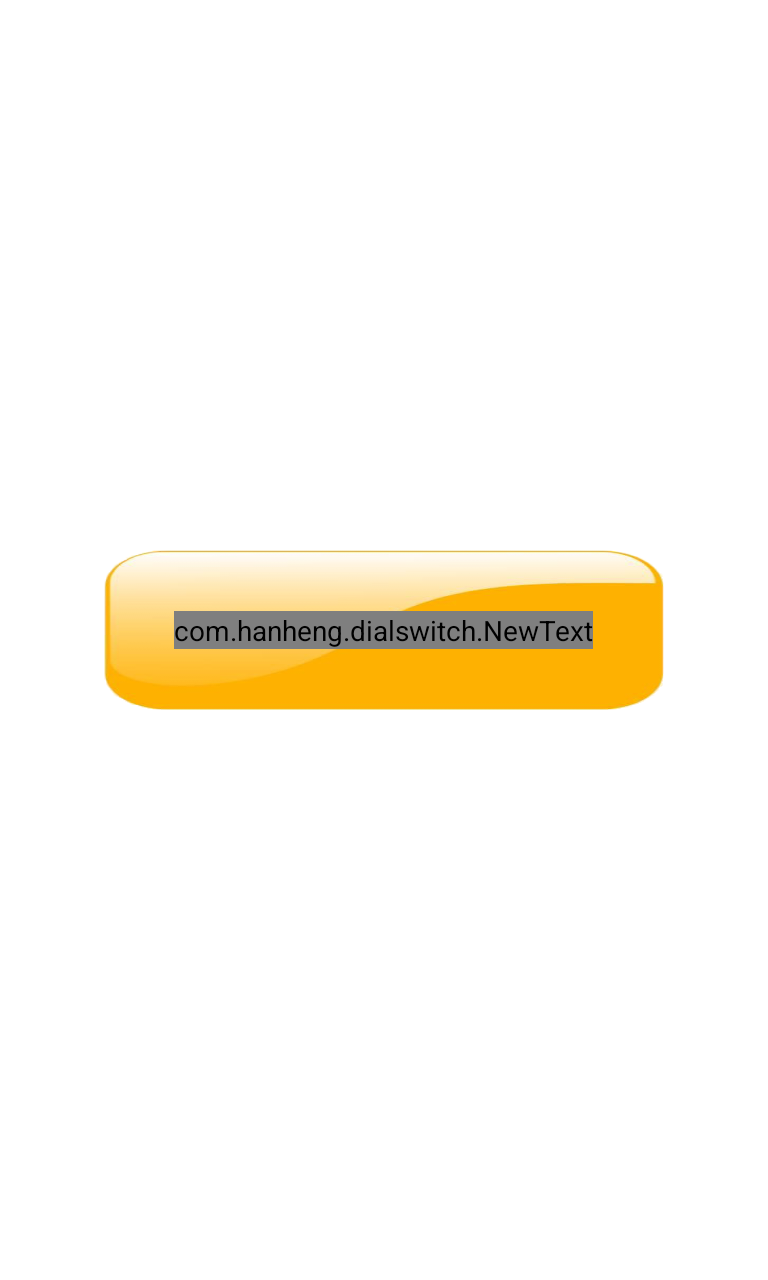
Repository: CovaWang/temporary_embedded
Layout: 7#车联·共享单车/代码/代码/res/layout/display.xml
The author's editor kept a copy of each file at every save. The layout is drawn from the files as they stood at one save, then again after the next save.
Pictures or frames that could not be fetched are drawn as grey boxes. It is drawn on a 768 x 1280 px phone screen (xhdpi) without system bars, with theme AppTheme; the app's code is not run.

Above is the layout before, as saved 2024-05-15 11:54:51.

### 7#车联·共享单车/代码/代码/res/layout/display.xml
<?xml version="1.0" encoding="utf-8"?>
<LinearLayout xmlns:android="http://schemas.android.com/apk/res/android"
    android:layout_width="match_parent"
    android:layout_height="match_parent"
    android:gravity="center"
    android:orientation="vertical">

  <RelativeLayout
        android:layout_width="280dp"
        android:layout_height="80dp"
        android:layout_marginBottom="10dp"
        android:background="@drawable/btn">

        <com.hanheng.dialswitch.NewText
            android:layout_width="wrap_content"
            android:layout_height="wrap_content"
            android:layout_centerInParent="true"
            android:gravity="center"
            android:text="8888"
            android:textColor="#66C0C0C0"
            android:textSize="60dp"
            android:textStyle="bold" />

        <com.hanheng.dialswitch.NewText
            android:id="@+id/counterText"
            android:layout_width="wrap_content"
            android:layout_height="wrap_content"
            android:layout_centerInParent="true"
            android:layout_marginTop="5dp"
            android:gravity="center"
            android:text="0000"
            android:textSize="60dp"
            android:textStyle="bold" />

        <Button
        android:id="@+id/temp_btn_plus"
        android:layout_width="70dp"
        android:layout_height="30dp"
        android:layout_marginTop="0dp"
        android:layout_marginLeft="290dp"
        android:background="#FFC0CB"
        android:text="+"
        android:textColor="#FFC" />

        <Button
        android:id="@+id/temp_btn_sub"
        android:layout_width="70dp"
        android:layout_height="30dp"
        android:layout_marginTop="30dp"
        android:layout_marginLeft="290dp"
        android:background="#FFC0CB"
        android:text="-"
        android:textColor="#FFC" />
    </RelativeLayout>

</LinearLayout>

### 7#车联·共享单车/代码/代码/res/values/styles.xml
<resources>

    <!--
        Base application theme, dependent on API level. This theme is replaced
        by AppBaseTheme from res/values-vXX/styles.xml on newer devices.

    -->
    <style name="AppBaseTheme" parent="android:Theme.Light">
        <!--
            Theme customizations available in newer API levels can go in
            res/values-vXX/styles.xml, while customizations related to
            backward-compatibility can go here.

        -->
    </style>

    <!-- Application theme. -->
    <style name="AppTheme" parent="AppBaseTheme">
        <!-- All customizations that are NOT specific to a particular API-level can go here. -->
    </style>
    <!-- 高宽都包裹内容 -->
    <style name="wrapcontent">
        <item name="android:layout_width">wrap_content</item>
        <item name="android:layout_height">wrap_content</item>
    </style>

    <!-- 自定义对话框样式 -->
    <style name="dialog_custom" parent="android:style/Theme.Dialog">
        <item name="android:windowFrame">@null</item>
        <item name="android:windowNoTitle">true</item>
        <item name="android:background">#00000000</item>
        <item name="android:windowBackground">@android:color/transparent</item>
    </style>
    <!-- TextView 16sp样式 -->
    <style name="textview16sp" parent="wrapcontent">
        <item name="android:textSize">16sp</item>
        <item name="android:gravity">center_vertical</item>
    </style>

    <!-- TextView 14sp样式 -->
    <style name="textview12sp" parent="wrapcontent">
        <item name="android:textSize">12sp</item>
        <item name="android:gravity">center_vertical</item>
    </style>
    <!-- TextView 14sp样式 -->
    <style name="textview14sp" parent="wrapcontent">
        <item name="android:textSize">14sp</item>
        <item name="android:gravity">center_vertical</item>
    </style>

    <!-- 宽度为0dp,高度为包裹内容，权重为1 -->
    <style name="zero_widthwrapcontent">
        <item name="android:layout_width">0dp</item>
        <item name="android:layout_height">wrap_content</item>
        <item name="android:layout_weight">1</item>
    </style>

    <!-- 黄色14sp,图片间距为5dp的textview -->
    <style name="tvyellow14sp" parent="zero_widthwrapcontent">
        <item name="android:textSize">14sp</item>
        <item name="android:drawablePadding">3dp</item>
        <item name="android:gravity">center</item>
        <item name="android:textColor">@color/bright_yellow</item>
    </style>

</resources>

Loaded but not shown: 7#车联·共享单车/代码/代码/res/values-v11/styles.xml (common file); 7#车联·共享单车/代码/代码/res/values-v14/styles.xml (common file)

After the next save:
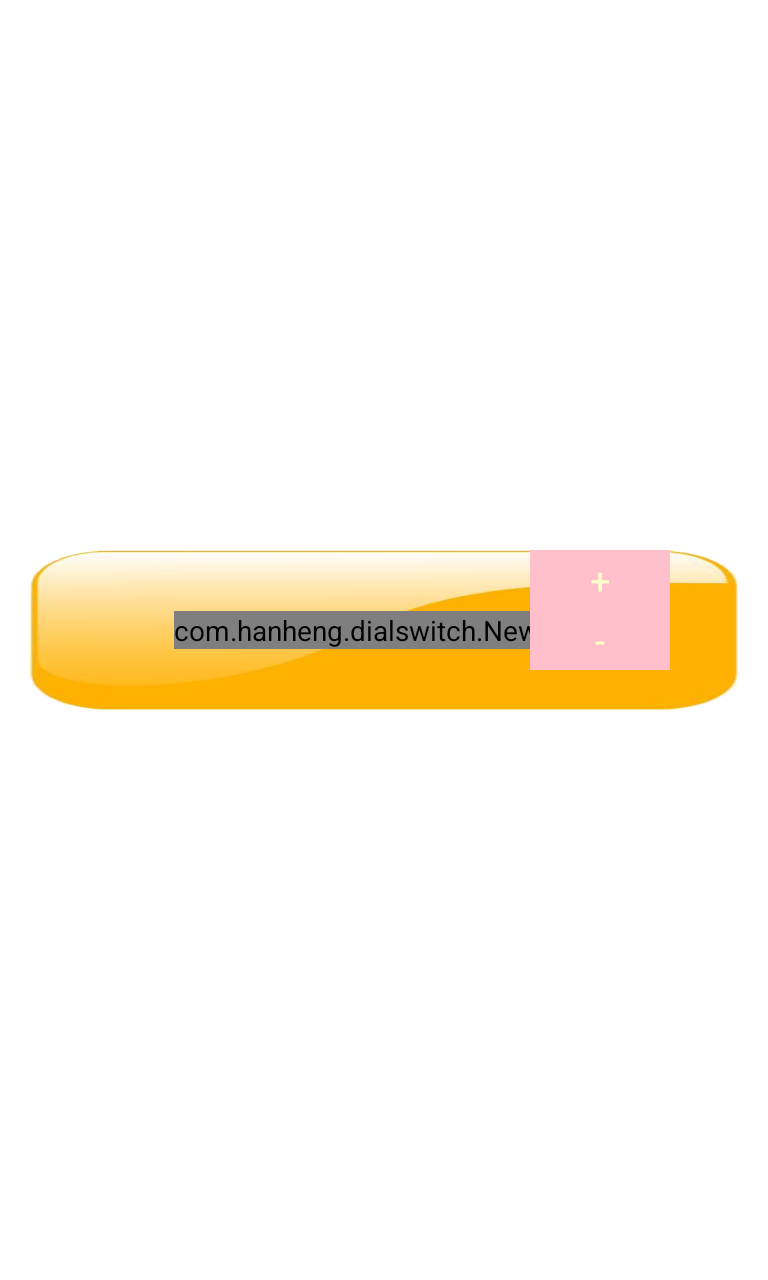
Saved 63 s later.
--- a/7#车联·共享单车/代码/代码/res/layout/display.xml
+++ b/7#车联·共享单车/代码/代码/res/layout/display.xml
@@ -6,7 +6,7 @@
     android:orientation="vertical">
 
   <RelativeLayout
-        android:layout_width="280dp"
+        android:layout_width="wrap_content"
         android:layout_height="80dp"
         android:layout_marginBottom="10dp"
         android:background="@drawable/btn">
@@ -37,7 +37,7 @@
         android:layout_width="70dp"
         android:layout_height="30dp"
         android:layout_marginTop="0dp"
-        android:layout_marginLeft="290dp"
+        android:layout_marginLeft="250dp"
         android:background="#FFC0CB"
         android:text="+"
         android:textColor="#FFC" />
@@ -47,7 +47,7 @@
         android:layout_width="70dp"
         android:layout_height="30dp"
         android:layout_marginTop="30dp"
-        android:layout_marginLeft="290dp"
+        android:layout_marginLeft="250dp"
         android:background="#FFC0CB"
         android:text="-"
         android:textColor="#FFC" />
